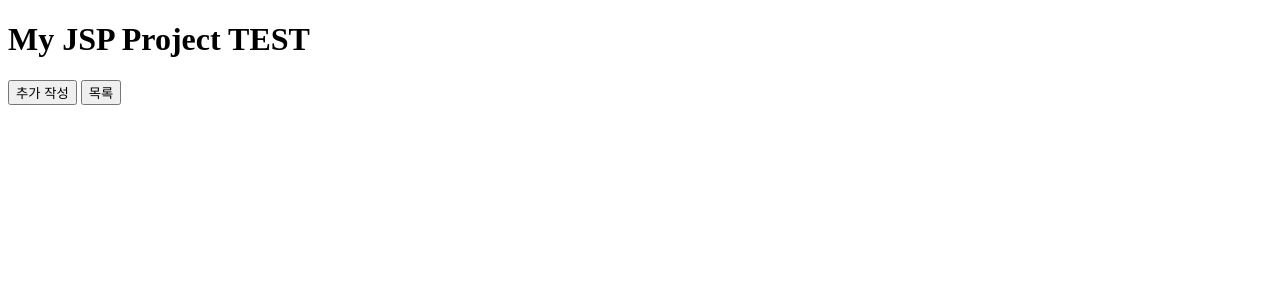
Repository: havanara/240416_JSP_Project
Page: http://localhost/jsp_study2/
These files come from the project's save history. The page is drawn as it stood at one moment and after the next save; the edit follows.
The browser window is 1280 px wide. The pictures show the whole page.
The page is served by Tomcat 9.

Above is the page before, as saved 2024-04-16 07:41:02.

After the next save:
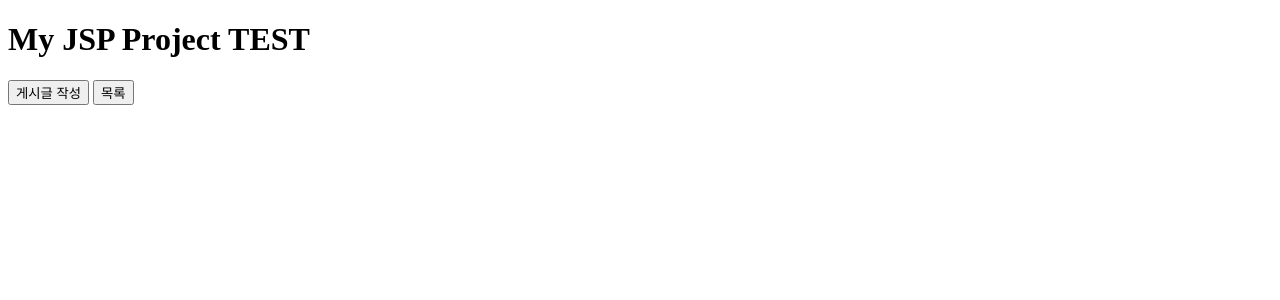
Saved 38 s later.
--- a/jsp_study2/src/main/webapp/index.jsp
+++ b/jsp_study2/src/main/webapp/index.jsp
@@ -8,7 +8,7 @@
 </head>
 <body>
 	<h1>My JSP Project TEST</h1>
-	<a href="/brd/register"><button>추가 작성</button></a>
+	<a href="/brd/register"><button>게시글 작성</button></a>
 	<a href="/brd/list"><button>목록</button></a>
 </body>
 </html>
